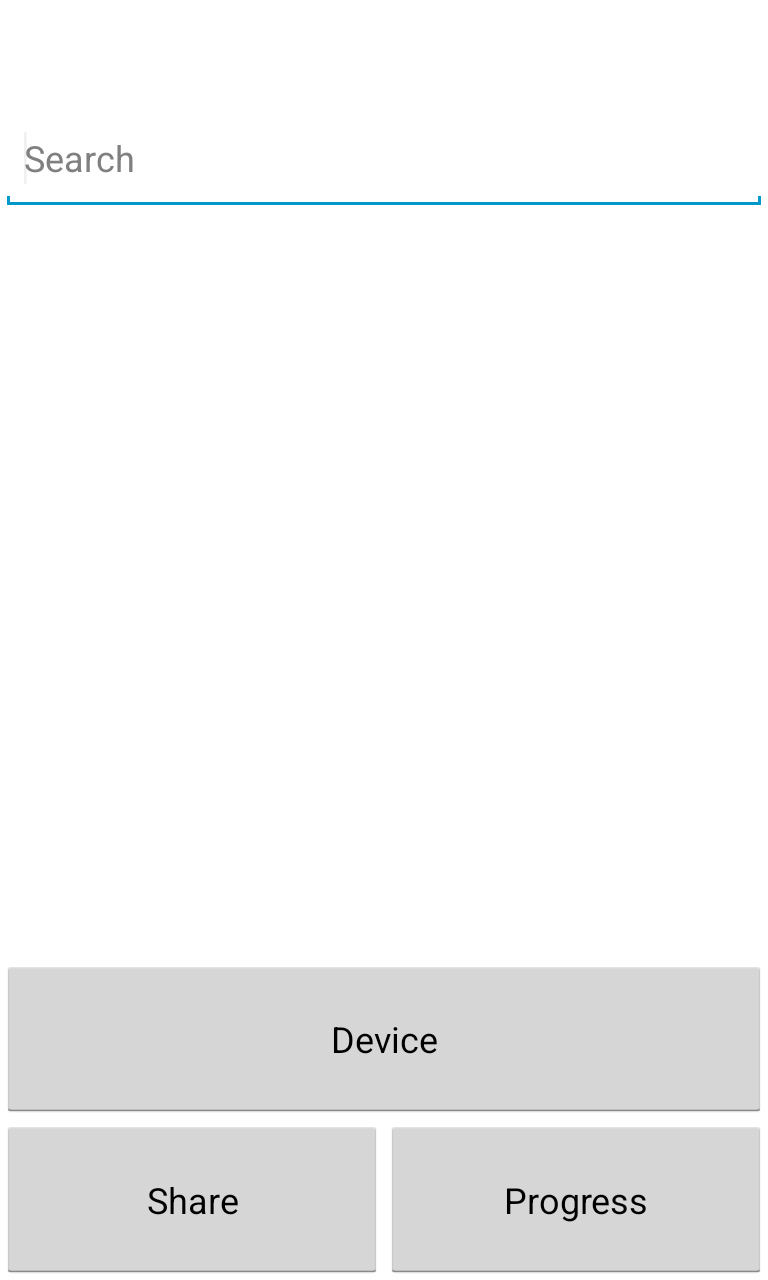
Repository: thinhnk55/android-appshare
Layout: ShareApp/res/layout/activity_main.xml
The author's editor kept a copy of each file at every save. The layout is drawn from the files as they stood at one save, then again after the next save.
It is drawn on a 768 x 1280 px phone screen (xhdpi) without system bars, with theme AppTheme; the app's code is not run.

Above is the layout before, as saved 2014-07-17 15:08:02.

### ShareApp/res/layout/activity_main.xml
<RelativeLayout xmlns:android="http://schemas.android.com/apk/res/android"
    xmlns:tools="http://schemas.android.com/tools"
    android:layout_width="match_parent"
    android:layout_height="match_parent"
    tools:context=".MainActivity">

    <TabHost
        android:id="@android:id/tabhost"
        android:layout_width="match_parent"
        android:layout_height="match_parent"
        android:layout_alignParentLeft="true"
        android:layout_alignParentTop="true">

        <LinearLayout
            android:layout_width="match_parent"
            android:layout_height="match_parent"
            android:orientation="vertical"
            android:weightSum="120" >

            <TabWidget
                android:id="@android:id/tabs"
                android:layout_width="match_parent"
                android:layout_height="0dp"
                android:layout_weight="10">
            </TabWidget>

            <AutoCompleteTextView
                android:id="@+id/autoCompleteTextView1"
                android:layout_width="match_parent"
                android:layout_height="0dp"
                android:layout_weight="10"
                android:ems="10"
                android:hint="Search">

                <requestFocus
                    android:layout_width="wrap_content"
                    android:layout_height="wrap_content" />

            </AutoCompleteTextView>

            <FrameLayout
                android:id="@android:id/tabcontent"
                android:layout_width="match_parent"
                android:layout_height="0dp"
                android:layout_weight="70">

            </FrameLayout>

            <Button
                android:id="@+id/button1"
                android:layout_width="match_parent"
                android:layout_height="0dp"
                android:layout_weight="15"
                android:text="Device" />

            <LinearLayout
                android:layout_width="match_parent"
                android:layout_height="0dp"
                android:layout_weight="15"
                android:weightSum="20">

                <Button
                    android:id="@+id/button2"
                    android:layout_width="0dp"
                    android:layout_height="match_parent"
                    android:layout_weight="10"
                    android:text="Share" />

                <Button
                    android:id="@+id/button3"
                    android:layout_width="0dp"
                    android:layout_height="match_parent"
                    android:layout_weight="10"
                    android:text="Progress" />

            </LinearLayout>

        </LinearLayout>
    </TabHost>

</RelativeLayout>

Loaded but not shown: ShareApp/res/values/styles.xml (common file); ShareApp/res/values-v11/styles.xml (common file); ShareApp/res/values-v14/styles.xml (common file)

After the next save:
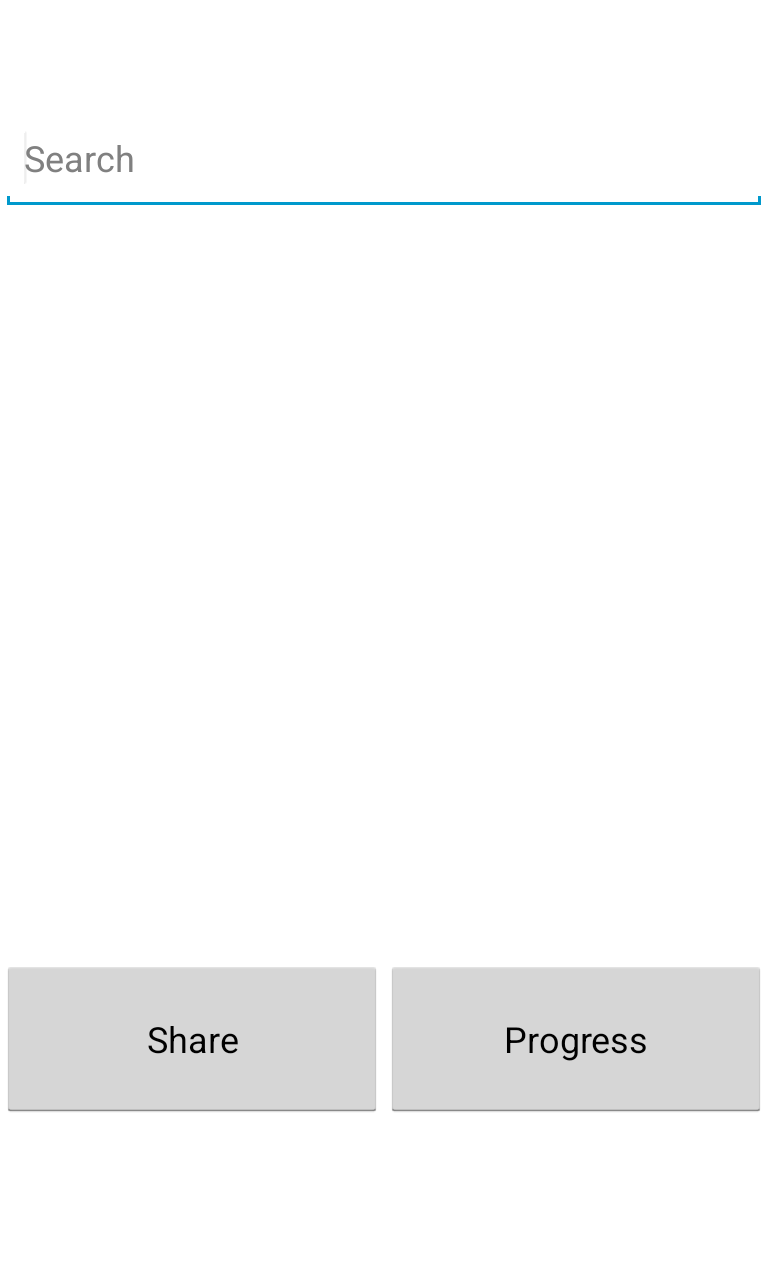
Saved 105 s later.
--- a/ShareApp/res/layout/activity_main.xml
+++ b/ShareApp/res/layout/activity_main.xml
@@ -46,12 +46,18 @@
 
             </FrameLayout>
 
-            <Button
-                android:id="@+id/button1"
+            <HorizontalScrollView
+                android:id="@+id/horizontalScrollView1"
                 android:layout_width="match_parent"
                 android:layout_height="0dp"
-                android:layout_weight="15"
-                android:text="Device" />
+                android:weightSum="20" >
+
+                <LinearLayout
+                    android:layout_width="match_parent"
+                    android:layout_height="match_parent"
+                    android:orientation="horizontal" >
+                </LinearLayout>
+            </HorizontalScrollView>
 
             <LinearLayout
                 android:layout_width="match_parent"
